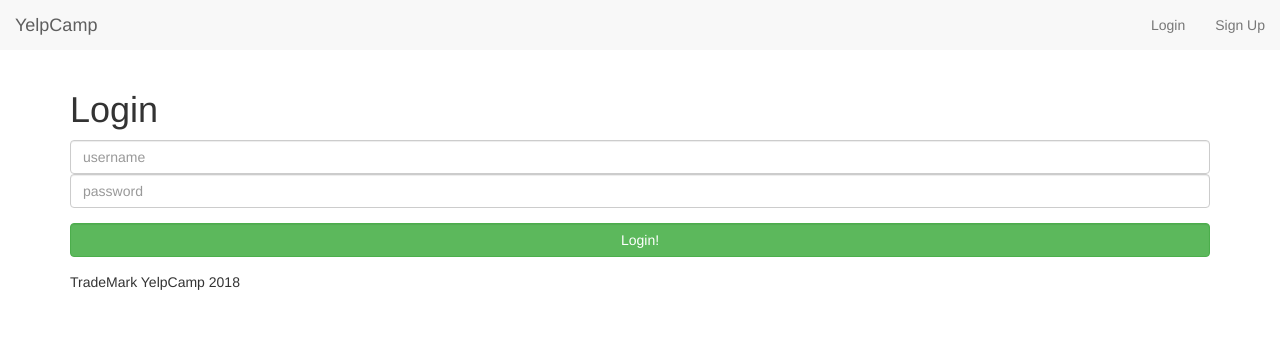
Repository: Kushagrakmr/c9backup
Page: http://localhost/login
The author's editor kept a record of every edit. The page is drawn from the files as they stood at one moment, then again after the next edit.
The browser window is 1280 px wide. The pictures show the whole page.
The page is served by the project's Node server (YelpCamp/v12/app.js). Other server files are loaded and not shown.

Above is the page before.

### YelpCamp/v12/views/login.ejs
<% include ./partials/header %>

<div class = "container">
    <div>
        <h1>Login</h1>
        <form action = "/login" method = "POST">
            <div class = "form-group">
                <input class = "form-control"  type = "text" name = "username" placeholder = "username">
            <div class = "form-group">
                <input class = "form-control" type = "password" name = "password" placeholder = "password">
            </div>
            <div class = "form-group">
                <input  class = "form-control btn btn-success" type= "submit" value = "Login!">
            </div>
        </form>
    </div>
</div>

<% include ./partials/footer %>

### YelpCamp/v12/views/partials/header.ejs
<!DOCTYPE html>
<html>
    <head>
        <title>Yelp Camp</title>
        <link rel="stylesheet" href= "https://stackpath.bootstrapcdn.com/bootstrap/3.3.5/css/bootstrap.min.css">
        <link rel = "stylesheet" href = "/stylesheets/main.css">
    </head>
    <body>

<div id = "navbar_margin">
    <nav class="nav navbar-default">
     <div class = "conatainer-fluid">
         <div class-"navbar-header">
             <a class= "navbar-brand" href= "/">YelpCamp</a>
         </div>
         <div class="collapse navbar-collapse">
             <ul class = " nav navbar-nav navbar-right">
                    <% if(!currentUser) { %>
                        <li><a href="/login">Login</a></li>
                        <li><a href="/register">Sign Up</a></li>
                     <% } else { %>
                        <li><a href="#">Signed in as <%= currentUser.username %></a></li>
                        <li><a href="/logout">Logout</a></li>
                     <% } %>
             </ul>
         </div>
     </div>
    </nav>
</div>


<div class = "container">
    <% if(error  && error.length > 0) { %>
        <div class = "alert alert-danger" role = "alert">
            <h5><%= error %></h5>
        </div>
    <% } %>

    <% if(success  && success.length > 0) { %>
        <div class = "alert alert-success" role = "alert">
            <h5><%= success %></h5>
        </div>
    <% } %>
</div>

### YelpCamp/v12/views/partials/footer.ejs
       <p> TradeMark YelpCamp 2018</p>
    </body>
</html>

### YelpCamp/v12/app.js
var express       = require("express"),
     app          = express(),
    bodyParser    = require("body-parser"),
    flash         = require("connect-flash"),
    mongoose      = require("mongoose"),
    passport      = require("passport"),
    LocalStrategy = require("passport-local"),
    Campground    = require("./models/campgrounds"),
    methodOverride= require("method-override"),
    Comment       = require("./models/comment"),
    User          = require("./models/user"),
    seedDB        = require("./seeds")

var commentRoutes     = require("./routes/comments"),
    campgroundRoutes  = require("./routes/campgrounds"),
    indexRoutes        = require("./routes/index");

mongoose.connect("mongodb://localhost:27017/yelp_camp_v11", {useNewUrlParser : true});
app.use(bodyParser.urlencoded({extended : true}));
app.set("view engine", "ejs");
app.use(express.static(__dirname + "/public"));
app.use(methodOverride("_method"));
app.use(flash())
//seedDB();

//PASSPORT CONFIGUARTION
app.use(require("express-session")({
    secret : "Rusty is the best and cutest dog!",
    resave: false,
    saveUninitialized : false
}));
app.use(passport.initialize());
app.use(passport.session());
passport.use(new LocalStrategy(User.authenticate()));
passport.serializeUser(User.serializeUser());
passport.deserializeUser(User.deserializeUser());


app.use(function(request, response, next){
    response.locals.currentUser = request.user;
    response.locals.error       = request.flash("error");
    response.locals.success     = request.flash("success");
    next();
});


app.use(indexRoutes);
app.use(commentRoutes);
app.use(campgroundRoutes);

app.listen(3000, function(){
    console.log("The Yelp Camp Server Has Started");
});

### YelpCamp/v12/routes/index.js
 var express = require("express");
var router  = express.Router();
var passport = require("passport");
var User    = require("../models/user");



router.get("/",function(request, response){
    response.render("landing");
});


//======================
//AUTHENTICATION ROUTES
//======================


//show register form
router.get("/register",function(request, response) {
    response.render("register");
});

//handle signUp logic
router.post("/register", function(request, response) {
    var newUser = new User({username: request.body.username});
    User.register(newUser, request.body.password, function(error, user){
        if(error) {
            request.flash("error", error.message);
            return response.redirect("/register");
        }
        passport.authenticate("local")(request, response, function(){
            request.flash("error", "You need to be logged in to do that");
            request.flash("success", "Welcome to YelpCamp " + user.username);
            response.redirect("/campgrounds");
        });
    });
});


//show login form
router.get("/login", function(request, response) {
    response.render("login");
});

router.post("/login", passport.authenticate("local",
    {
        successRedirect : "/campgrounds",
        failureRedirect : "/login"
    }),function(request, response) {
});

//logout route
router.get("/logout", function(request, response) {
    request.logout();
    request.flash("success", "Logged You Out!")
    response.redirect("/campgrounds");
});

module.exports = router;

### YelpCamp/v12/public/stylesheets/main.css
.thumbnail img {
    width: 100%;
}

.thumbnail {
    padding: 0;
}

.thumbnail .caption-full{
    padding: 9px;
}

.delete-form {
    display: inline;
}

#navbar_margin {
    margin-bottom: 20px;
}

After the next edit:
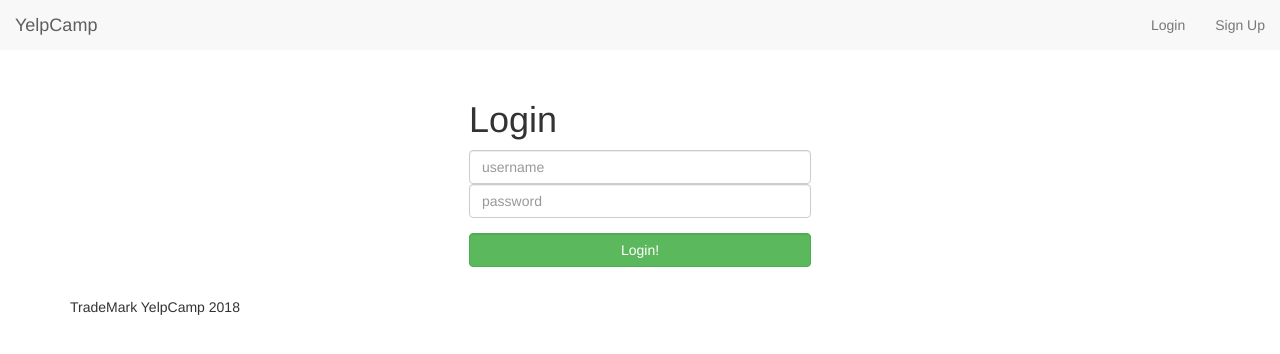
The edit:
--- a/YelpCamp/v12/views/login.ejs
+++ b/YelpCamp/v12/views/login.ejs
@@ -1,7 +1,7 @@
 <% include ./partials/header %>
 
 <div class = "container">
-    <div>
+    <div style= "width:30%; margin: 30px auto;">
         <h1>Login</h1>
         <form action = "/login" method = "POST">
             <div class = "form-group">
